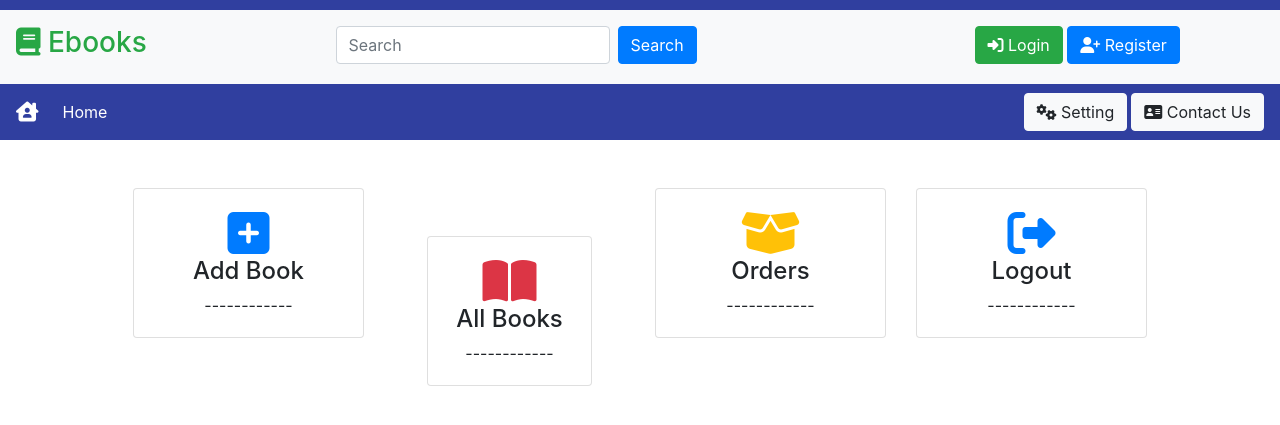
Repository: chittaranjan24/E-Books_Management_System
Page: http://localhost/Ebook-App/admin/home.jsp
These files come from the project's save history. The page is drawn as it stood at one moment and after the next save; the edit follows.
The browser window is 1280 px wide. The pictures show the whole page.
Some web libraries are served in a nearby version. The page is served by Tomcat 9. Other server files are loaded and not shown.

Above is the page before, as saved 2023-08-26 14:54:16.

### Ebook-App/src/main/webapp/admin/home.jsp

<%@ page language="java" contentType="text/html; charset=ISO-8859-1"
	pageEncoding="ISO-8859-1"%>
<!DOCTYPE html>
<html>
<head>
<meta charset="ISO-8859-1">
<title>Admin: Home</title>
<%@include file="allCss.jsp"%>
</head>
<body>
	<%@include file="navbar.jsp"%>

	<div class="container">
		<div class="row p-5">
			<div class="col-md-3">
				<div class="card">
					<div class="card-body text-center">
					<i class="fa-solid fa-square-plus fa-3x text-primary"></i><br>
					<h4>Add Book</h4>
					------------
					</div>
				</div>
			</div>

			<div class="col-md-3  p-5">
				<div class="card">
					<div class="card-body text-center">
					<i class="fa-solid fa-book-open fa-3x text-danger"></i><br>
					<h4>All Books</h4>
					------------
					</div>
				</div>
			</div>

			<div class="col-md-3">
				<div class="card">
					<div class="card-body text-center">
					<i class="fa-solid fa-box-open fa-3x text-warning"></i><br>
					<h4>Orders</h4>
					------------
					</div>
				</div>
			</div>

			<div class="col-md-3">
				<div class="card">
					<div class="card-body text-center">
					<i class="fa-solid fa-right-from-bracket fa-3x text-primary"></i><br>
					<h4>Logout</h4>
					------------
					</div>
				</div>
			</div>

		</div>
	</div>

</body>
</html>

### Ebook-App/src/main/webapp/admin/allCss.jsp
<link rel="stylesheet"
	href="https://cdn.jsdelivr.net/npm/bootstrap@4.0.0/dist/css/bootstrap.min.css"
	integrity="sha384-Gn5384xqQ1aoWXA+058RXPxPg6fy4IWvTNh0E263XmFcJlSAwiGgFAW/dAiS6JXm"
	crossorigin="anonymous">


<script src="https://code.jquery.com/jquery-3.2.1.slim.min.js"
	integrity="sha384-KJ3o2DKtIkvYIK3UENzmM7KCkRr/rE9/Qpg6aAZGJwFDMVNA/GpGFF93hXpG5KkN"
	crossorigin="anonymous"></script>
<script
	src="https://cdn.jsdelivr.net/npm/popper.js@1.12.9/dist/umd/popper.min.js"
	integrity="sha384-ApNbgh9B+Y1QKtv3Rn7W3mgPxhU9K/ScQsAP7hUibX39j7fakFPskvXusvfa0b4Q"
	crossorigin="anonymous"></script>
<script
	src="https://cdn.jsdelivr.net/npm/bootstrap@4.0.0/dist/js/bootstrap.min.js"
	integrity="sha384-JZR6Spejh4U02d8jOt6vLEHfe/JQGiRRSQQxSfFWpi1MquVdAyjUar5+76PVCmYl"
	crossorigin="anonymous"></script>


<link rel="stylesheet"
	href="https://cdnjs.cloudflare.com/ajax/libs/font-awesome/6.4.2/css/all.min.css"
	integrity="sha512-z3gLpd7yknf1YoNbCzqRKc4qyor8gaKU1qmn+CShxbuBusANI9QpRohGBreCFkKxLhei6S9CQXFEbbKuqLg0DA=="
	crossorigin="anonymous" referrerpolicy="no-referrer" />


<link rel="stylesheet" href="style.css">

### Ebook-App/src/main/webapp/admin/navbar.jsp

<div class="container-fluid"
	style="height: 10px; background-color: #303f9f"></div>

<div class="container-fluid p-3 bg-light">
	<div class="row">
		<div class="col-md-3 text-success">
			<h3>
				<i class="fa-solid fa-book"></i> Ebooks
			</h3>
		</div>
		<div class="col-md-6">
			<form class="form-inline my-2 my-lg-0">
				<input class="form-control mr-sm-2" type="search"
					placeholder="Search" aria-label="Search">
				<button class="btn btn-primary my-2 my-sm-0" type="submit">Search</button>
			</form>
		</div>

		<div class="col-md-3">
			<a href="login.jsp" class="btn btn-success"><i
				class="fa-solid fa-right-to-bracket"></i> Login</a> <a
				href="register.jsp" class="btn btn-primary text-white"><i
				class="fa-solid fa-user-plus"></i> Register</a>
		</div>

	</div>
</div>


<nav class="navbar navbar-expand-lg navbar-dark bg-custom">
	<a class="navbar-brand" href="#"> <i
		class="fa-solid fa-house-chimney-user"></i>
	</a>
	<button class="navbar-toggler" type="button" data-toggle="collapse"
		data-target="#navbarSupportedContent"
		aria-controls="navbarSupportedContent" aria-expanded="false"
		aria-label="Toggle navigation">
		<span class="navbar-toggler-icon"></span>
	</button>

	<div class="collapse navbar-collapse" id="navbarSupportedContent">
		<ul class="navbar-nav mr-auto">
			<li class="nav-item active"><a class="nav-link" href="#">Home
					<span class="sr-only">(current)</span>
			</a></li>

		</ul>
		<form class="form-inline my-2 my-lg-0">

			<button class="btn btn-light my-2 my-sm-0" type="submit">
				<i class="fa-solid fa-gears"></i> Setting
			</button>
			<button class="btn btn-light my-2 my-sm-0 ml-1" type="submit">
				<i class="fa-solid fa-address-card"></i> Contact Us
			</button>

		</form>
	</div>
</nav>

### Ebook-App/src/main/webapp/admin/style.css
.bg-custom{
	background-color: #303f9f;
}

.navbar .nav-item:hover .nav-link {
	background-color: white;
	color: #303f9f;
	border-radius: 15px;
}

After the next save:
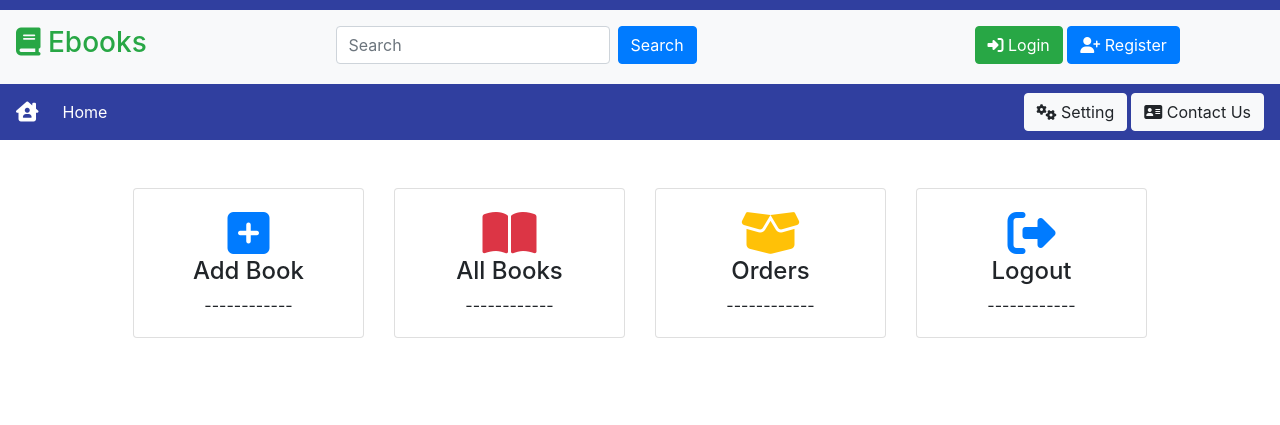
Saved 16 s later.
--- a/Ebook-App/src/main/webapp/admin/home.jsp
+++ b/Ebook-App/src/main/webapp/admin/home.jsp
@@ -23,7 +23,7 @@
 				</div>
 			</div>
 
-			<div class="col-md-3  p-5">
+			<div class="col-md-3 ">
 				<div class="card">
 					<div class="card-body text-center">
 					<i class="fa-solid fa-book-open fa-3x text-danger"></i><br>
